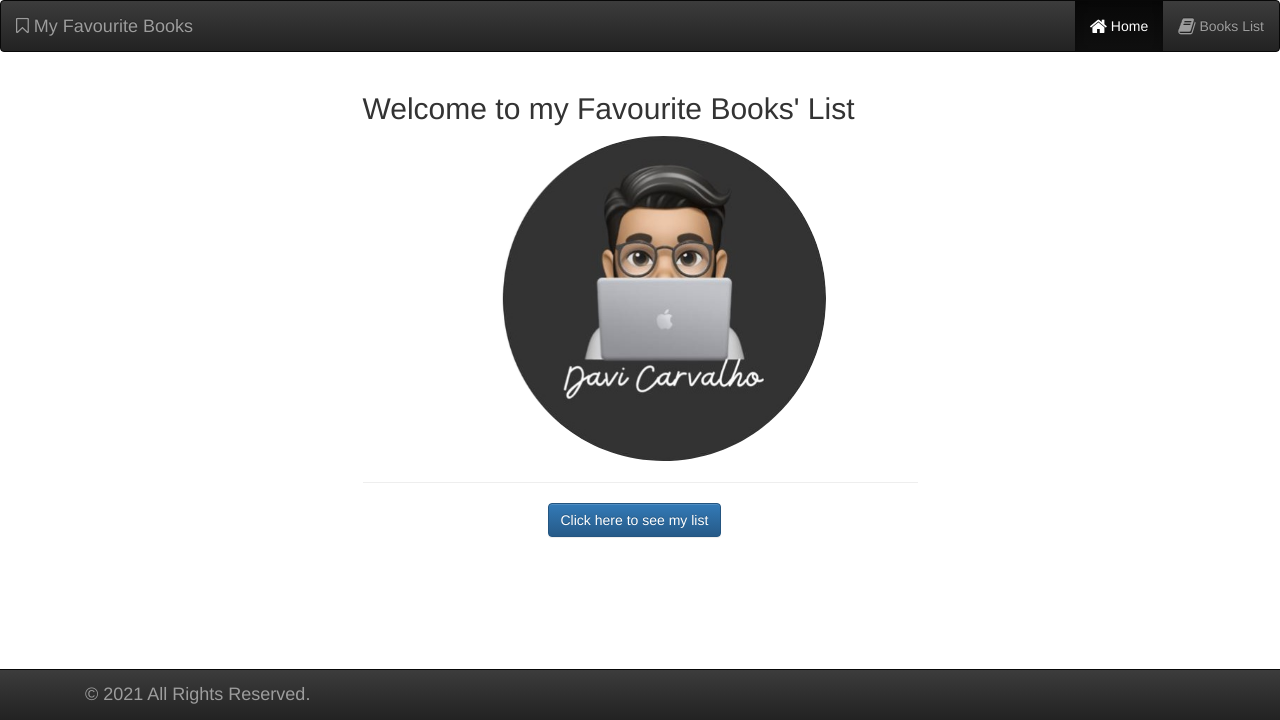
Repository: daviccarvalho/COMP229-M2021-Midterm-301154671
Page: http://localhost/
An editor plug-in stored every save of this project. The page is shown before and after the next save, followed by the edit.
The browser window is 1280 px wide. The pictures show the whole page.
The page is served by the project's Node server (server.js).

Above is the page before, as saved 2021-06-22 19:07:37.

After the next save:
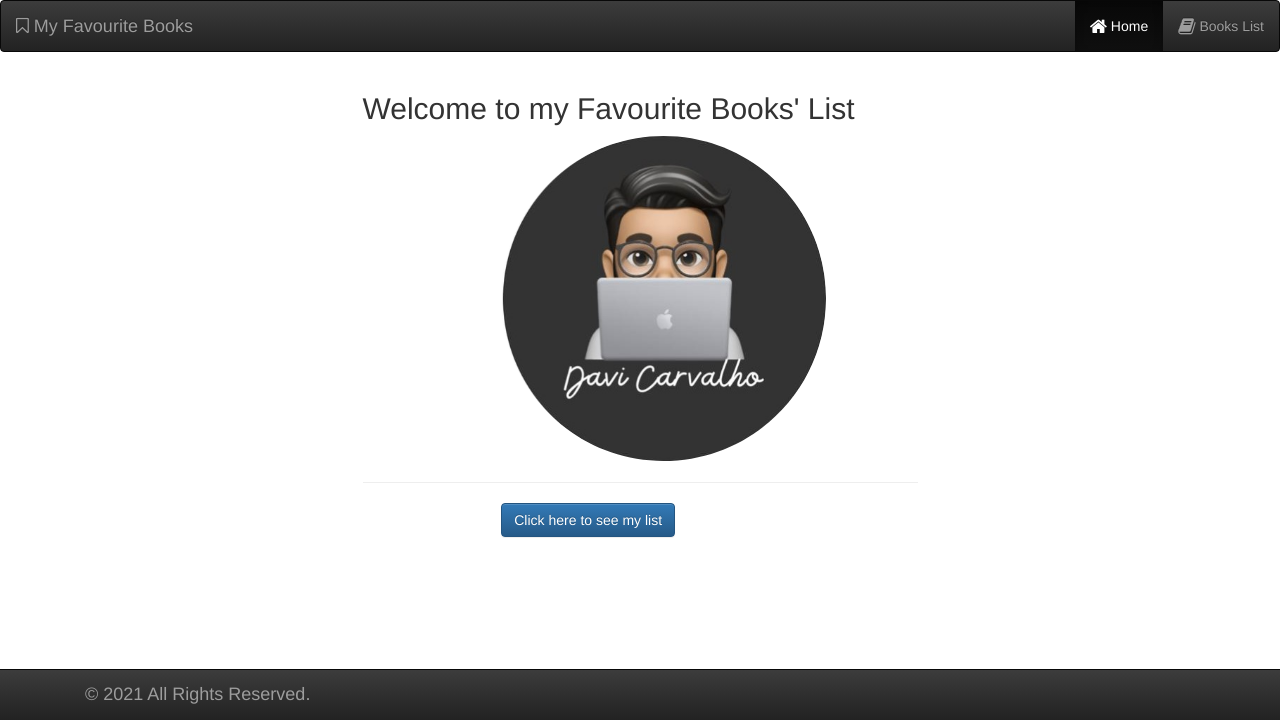
Saved 4 s later.
--- a/server/views/content/index.ejs
+++ b/server/views/content/index.ejs
@@ -13,7 +13,7 @@ June 22, 2021
           <h2>Welcome to my Favourite Books' List</h2>
         <img src="../../Assets/images/logo.svg" class="col-md-offset-3 pe-4 d-block img-fluid align-top">
       <hr class="my-4">
-        <a class="btn btn-primary col-md-offset-4" href="/books" role="button">Click here to see my list</a>
+        <a class="btn btn-primary col-md-offset-3" href="/books" role="button">Click here to see my list</a>
       </div>
     </div>
 
